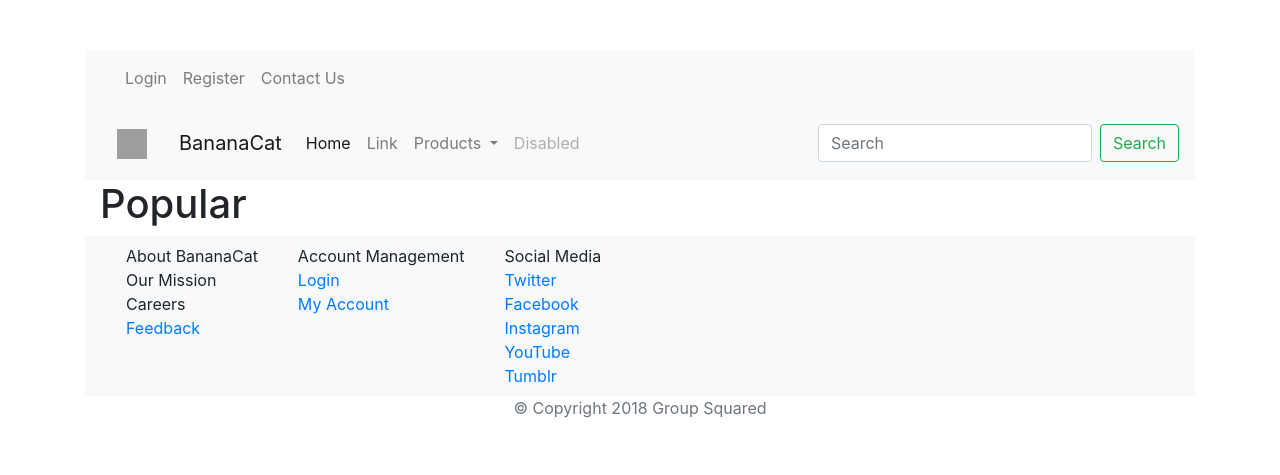
Repository: mzuniga94/BananaCat
Page: views/pages/apparel.ejs
The author's editor kept a record of every edit. The page is drawn from the files as they stood at one moment, then again after the next edit.
The browser window is 1280 px wide. The pictures show the whole page.
Pictures or frames that could not be fetched are drawn as grey boxes. The page is served by the project's Node server (app.js). The template is opened directly, without the code that normally fills it, so the values that code supplies are empty.

Above is the page before.

After the next edit:
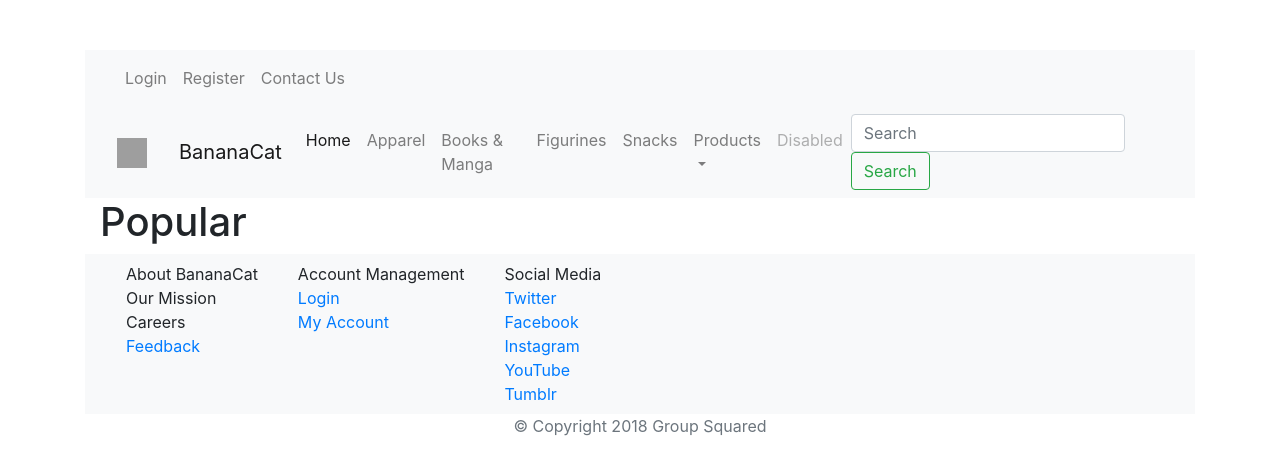
The edit:
--- a/environment/views/partials/header.ejs
+++ b/environment/views/partials/header.ejs
@@ -16,7 +16,16 @@
         <a class="nav-link" href="/">Home <span class="sr-only">(current)</span></a>
       </li>
       <li class="nav-item">
-        <a class="nav-link" href="#">Link</a>
+        <a class="nav-link" href="/apparel">Apparel</a>
+      </li>
+      <li class="nav-item">
+        <a class="nav-link" href="/booksandmanga">Books & Manga</a>
+      </li>
+      <li class="nav-item">
+        <a class="nav-link" href="/figurines">Figurines</a>
+      </li>
+       <li class="nav-item">
+        <a class="nav-link" href="/snacks">Snacks</a>
       </li>
       <li class="nav-item dropdown">
         <a class="nav-link dropdown-toggle" href="#" id="navbarDropdown" role="button" data-toggle="dropdown" aria-haspopup="true" aria-expanded="false">
